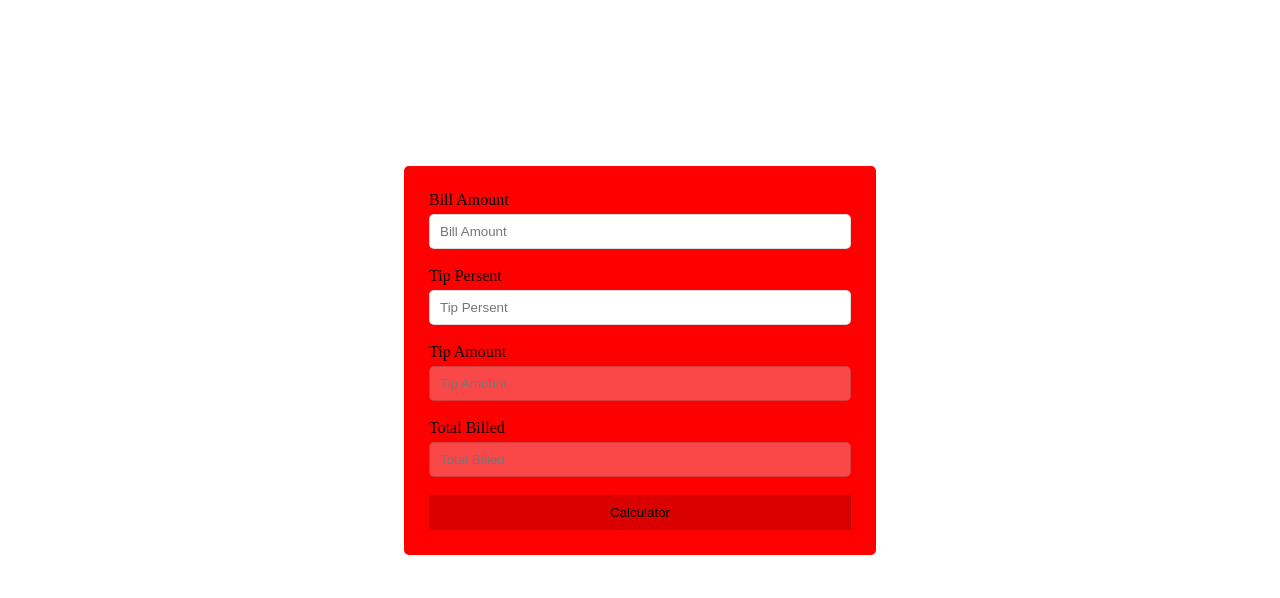
Repository: ZainAkbar51214/Tip-Calculator
Page: index.html
An editor plug-in stored every save of this project. The page is shown before and after the next save, followed by the edit.
The browser window is 1280 px wide. The pictures show the whole page.
The style sheet was rebuilt from its Sass, Less or Tailwind sources for each picture, by a compiler version that may differ from the author's.

Above is the page before, as saved 2024-03-25 10:33:58.

After the next save:
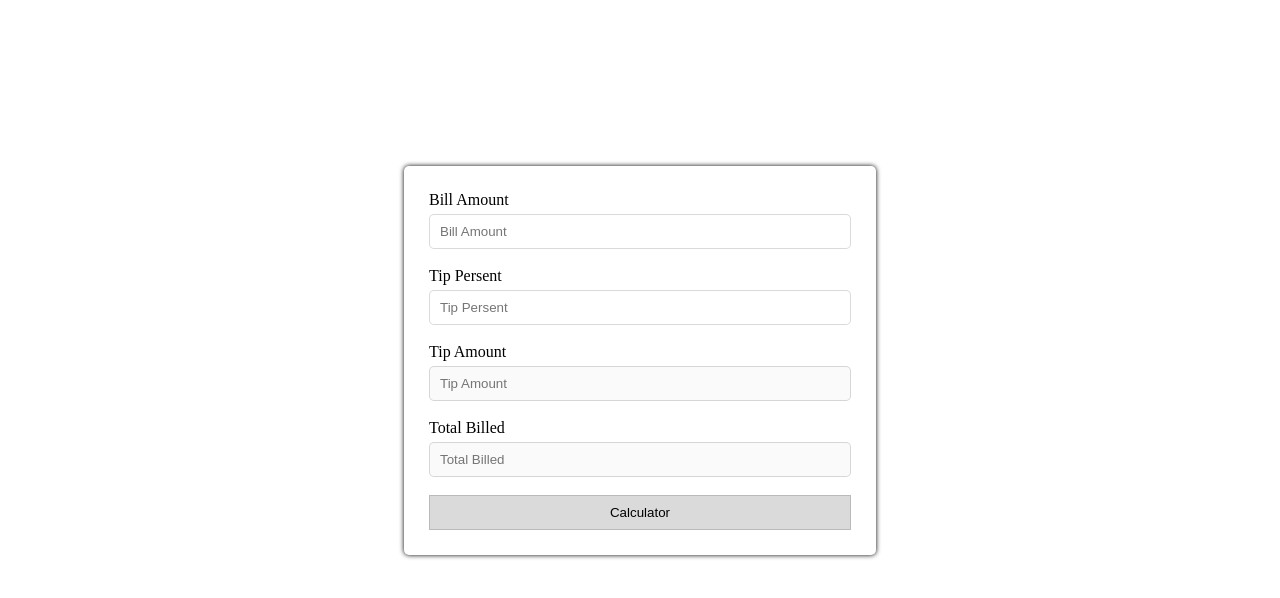
Saved 16 s later.
--- a/css/style.scss
+++ b/css/style.scss
@@ -28,7 +28,7 @@
             .calculator {
                 display: flex;
                 flex-direction: column;
-                background-color: red;
+                box-shadow: 0 0 5px 0;
                 padding: 25px;
                 border-radius: 5px;
 
